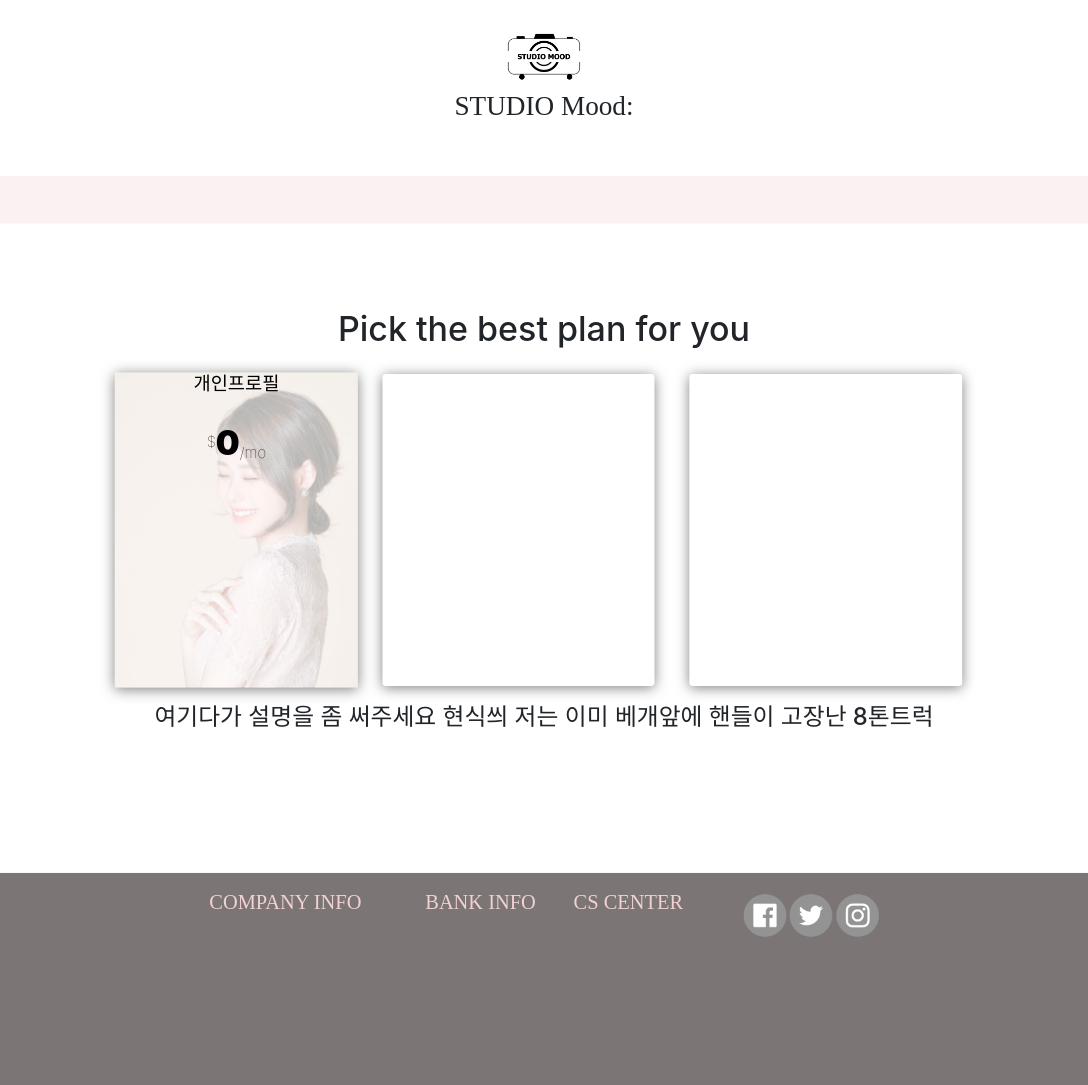
Repository: seugju/HSDsemi
Page: http://localhost/studioMood/views/product/product.jsp
These files come from the project's save history. The page is drawn as it stood at one moment and after the next save; the edit follows.
The browser window is 1280 px wide. The pictures show the whole page, at 85% of full size.
The pointer rests on the first visible `#indiv`.
Some web fonts or font styles are not loaded; a fallback is used. The page is served by Tomcat 9. Other server files are loaded and not shown.

Above is the page before, as saved 2020-12-02 16:06:45.

### project-workspace/studioMood/WebContent/views/product/product.jsp
<%@ page language="java" contentType="text/html; charset=UTF-8"
    pageEncoding="UTF-8"%>
<!DOCTYPE html PUBLIC "-//W3C//DTD HTML 4.01 Transitional//EN" "http://www.w3.org/TR/html4/loose.dtd">
<html>
<head>
<meta http-equiv="Content-Type" content="text/html; charset=UTF-8">
<title>Insert title here</title>
</head>
<style>
	@import url('https://fonts.googleapis.com/css?family=Open+Sans');

* {
	box-sizing: border-box;
}

body {
	background-color: #f6f5f7;
	font-family: 'Open Sans', sans-serif;
	margin-bottom: 50px;
}

.text-center {
	text-align: center;
}

.pricing-box-container {
	display: flex;
	align-items: center;
	justify-content: center;
	flex-wrap: wrap;
}

.pricing-box {
	background-color: #ffffff;
	box-shadow: 0px 2px 15px 0px rgba(0,0,0,0.5);
	border-radius: 4px;
	flex: 1;
	padding: 0 30px 30px;
	margin: 2%;
	min-width: 250px;
	max-width: 350px;
}

.pricing-box h5 {
	text-transform: uppercase;
}

.price {
	margin: 24px 0;
	font-size: 36px;
	font-weight: 900;
}

.price sub, .price sup {
	font-size: 16px;
	font-weight: 100;
}

.features-list {
	padding: 0;
	list-style-type: none;
}

.features-list li {
	font-weight: 100;
	padding: 12px 0;
	font-weight: 100;
}

.features-list li:not(:last-of-type) {
	border-bottom: 1px solid rgba(0, 0, 0, 0.1);
}

.btn-primary {
	border-radius: 25px;
	border: none;
	background-color: #EC1362;
	color: #ffffff;
	cursor: pointer;
	padding: 10px 15px;
	margin-top: 20px;
	text-transform: uppercase;
	transition: all 0.1s ease-in-out;
}

.btn-primary:hover {
	box-shadow: 0px 2px 15px 0px rgba(0,0,0,0.5);
	transform: translateY(-3px);
}

.pricing-box-bg-image {
	background-image: url('');
	background-size: cover;
	background-position: center center;
	color: #ffffff;
}

.pricing-box-bg-image .features-list li {
	border-bottom-color: rgba(255, 255, 255, 1);
}

.pricing-box-bg-image .btn-primary {
	background-color: #ffffff;
	color: #000;
}


.explain-product{
	width:100%;
	height:100px;
	text-align:center;
}
.explain-product h2{

}
.explain-content{
	width:80vw;
	height:auto;
	padding-top:100px;
	padding-bottom:100px;
	margin-top:100px;
	margin-bottom:100px;
	margin:0 auto;

}
.features-list:hover{
	 -webkit-transform: scale(1.02);
          transform: scale(1.02);
}
.pricing-box:hover{
	 -webkit-transform: scale(1.1);
          transform: scale(1.1);
}
.pricing-box{
	-webkit-transition: all 0.4s ease-in-out;
  transition: all 0.4s ease-in-out;

}
.pricing-box h5,p,ul{
	opacity:0;
}


#indiv{
padding:0px;
background-image: url('/img/indivisual.jpg');
	background-size: cover;
   background-position: center center;
}

#indiv:hover h5{
	opacity:1;
}
#indiv:hover p{
	opacity:1;
}
#indiv:hover strong{
	opacity:1;
}
.opacity-div{

	width:100%;
	height:337px;
	color: black;
}
#indiv:hover .opacity-div{
	background-color: rgba(255,255,255,0.7);
}
</style>
<body>
<%@ include file="/WEB-INF/views/common/header.jsp" %>
<div class="explain-content">
	<h1 class="text-center">Pick the best plan for you</h1>

<div class="pricing-box-container">
	<div id="indiv" class="pricing-box text-center">
	<div class="opacity-div">
		<h5>개인프로필</h5>
		<p class="price"><sup>$</sup>0<sub>/mo</sub></p>
		<ul class="features-list">
			<li><strong>1</strong> Project</li>
			<li><strong>5</strong> Team Members</li>
			<li><strong>50</strong> Personal Projects</li>
			<li><strong>5,000</strong> Messages</li>
		</ul>
		</div>
	</div>

	<div id="group" class="pricing-box text-center">
		<h5>단체프로필</h5>
		<p class="price"><sup>$</sup>0<sub>/mo</sub></p>
		<ul class="features-list">
			<li><strong>1</strong> Project</li>
			<li><strong>5</strong> Team Members</li>
			<li><strong>50</strong> Personal Projects</li>
			<li><strong>5,000</strong> Messages</li>
		</ul>

	</div>

	<div id="body" class="pricing-box text-center">
		<h5>바디프로필</h5>
		<p class="price"><sup>$</sup>89<sub>/mo</sub></p>
		<ul class="features-list">
			<li><strong>25</strong> Project</li>
			<li><strong>50</strong> Team Members</li>
			<li><strong>500</strong> Personal Projects</li>
			<li><strong>50,000</strong> Messages</li>
		</ul>

	</div>
	<div class="explain-product">
		<h3>여기다가 설명을 좀 써주세요 현식씌  저는 이미 베개앞에 핸들이 고장난 8톤트럭 </h3>
	</div>
</div>

</div>
<%@ include file="/WEB-INF/views/common/footer.jsp" %>
</body>

</html>

### project-workspace/studioMood/WebContent/WEB-INF/views/common/header.jsp
<%@page import="member.model.vo.Member"%>
<%@ page language="java" contentType="text/html; charset=UTF-8"
    pageEncoding="UTF-8"%>
    <%
    	Member m = (Member)session.getAttribute("loginMember");
    %>
<!DOCTYPE html PUBLIC "-//W3C//DTD HTML 4.01 Transitional//EN" "http://www.w3.org/TR/html4/loose.dtd">
<html>
<head>
<meta http-equiv="Content-Type" content="text/html; charset=UTF-8">
<title>Insert title here</title>

<script type="text/javascript" src="http://code.jquery.com/jquery-3.3.1.js"></script>
    <link rel="stylesheet" href="https://maxcdn.bootstrapcdn.com/bootstrap/4.5.2/css/bootstrap.min.css">
    <script src="https://ajax.googleapis.com/ajax/libs/jquery/3.5.1/jquery.min.js"></script>
    <script src="https://cdnjs.cloudflare.com/ajax/libs/popper.js/1.16.0/umd/popper.min.js"></script>
    <script src="https://maxcdn.bootstrapcdn.com/bootstrap/4.5.2/js/bootstrap.min.js"></script>

     <style>
    	 @font-face {
            font-family: 'S-CoreDream-4Regular';
            src: url('https://cdn.jsdelivr.net/gh/projectnoonnu/noonfonts_six@1.2/S-CoreDream-4Regular.woff') format('woff');
            font-weight: normal;
            font-style: normal;
        }

		@font-face {
		    font-family: 'Cafe24Danjunghae';
		    src: url('https://cdn.jsdelivr.net/gh/projectnoonnu/noonfonts_twelve@1.1/Cafe24Danjunghae.woff') format('woff');
		    font-weight: normal;
		    font-style: normal;
		}

		@font-face {
		    font-family: 'KCC-eunyoung';
		    src: url('https://cdn.jsdelivr.net/gh/projectnoonnu/noonfonts_one@1.0/KCC-eunyoung-Regular.woff') format('woff');
		    font-weight: normal;
		    font-style: normal;
		}
        header{
            width: 100vw;
            z-index: 0;
        }

        .navbar {
            display: block;
            background-color: #faf2f2;
            margin: 0 auto;
            z-index : 2;
        }

        .logo {
            margin: 0 auto;
            width: 500px;
            text-align: center;
        }
        .logo >h2{
         	font-family: 'Cafe24Danjunghae';
         }

        .logo>p{
        	 font-family: 'KCC-eunyoung';
        	 font-size: 20pt;
        }

        .navi-menu,
        .navi-menu-top {
            /* menu ul */
            list-style: none;
            text-align: center;

        }

        .navi-menu-top {
            float: right;
        }

        .navi-menu {
            margin: 0 auto;
            width: 680px;
            height: 40px;
        }

        .navi-menu>li {
            width: 125px;
            margin: 0 auto;
        }

        .navi-menu li>a {
            width: 100%;
            height: 30px;
            box-sizing: border-box;
            text-align: center;
            display: block;
            float: left;
        }
        .nav-link {
            color: #373a40;
            font-weight: bold;

        }
        .nav-link:hover{
        	color:#f1d1d1  ;
        }


        .navi-menu-top {
            display: inline-block;
        }

        .nav-top {
     	   	font-family: 'S-CoreDream-4Regular';
            width: 1200px;
            float: right;
            padding-right: 30px;
        }

        .navi-menu-top li {
            width: 80px;
            height: 30px;
            float: left;
        }

        .navi-menu-top li>a {
            width: 100%;
            height: 100%;
            display: inline-block;
            font-size: 9pt;
            line-height: 30px;
            color: #373a40;
        }
        .subMenu {
            margin-top: 10px;
            padding: 0;
            list-style-type: none;
            display :none;
             z-index : 1;
        }

		.subMenu>li {
            background-color: rgba(250,242,242,0.8);
        }

        .subMenu li>a {
            margin: 0;
            padding: 0;
            font-size: 10pt;
            display: inline-block;
            width: 125px;
            float: none;
            color: #373a40;

            /*transition-duration: 1s;*/
        }

        .subMenu>li:first-child>a {
            margin-top: 20px;
       	 }

           a{
		      text-decoration: none;
		      color:black;
		   }
		   a:hover{
		      text-decoration: none;
		      color:#e6d1d8;
		   }

        .subMenu{
            margin: 0;
            padding: 0;
            list-style-type: none;
            transition-duration: 2s;
        }
        .subMenu li>a{
            margin: 0;
            padding: 0;
            display: inline-block;
            width: 125px;
            float: none;
        }
        .subMenu>li:first-child>a {
            margin-top: 30px;
        }
        .subMenu li>a:hover {
       		color:#968c83;
           font-weight: bold;
        }

    </style>

        <script>
         $(document).ready(function() {
            var subMenu = $(".subMenu");
            subMenu.hide();
            var navMenu = $(".navi-menu>li>a");
            var idx = navMenu.index();

             $(".navi-menu>li>a").click(function() {
                $(this).next().stop().slideToggle(300);
            });


        });


    </script>
</head>
<body>

     <div class="nav-top">
     <%if(m != null) { //로그인 된 상태%>
     	<ul class="navbar-nav navi-menu-top" id="login-nav">
            <li>
                <a class="nav-top-link" href="/logout">로그아웃</a>
            </li>
            <li>
            <%if(m.getMemberLevel() == 0) {%>
                <a class="nav-top-link" href="/adminPage">관리자페이지</a>
            <%}else{ %>
                <a class="nav-top-link" href="/myPage?memberId=<%=m.getMemberId()%>">마이페이지</a>
            <%} %>
            </li>
        </ul>
     <%}else { %>
     	<ul class="navbar-nav navi-menu-top" id="logout-nav">
            <li>
                <a class="nav-top-link" href="/views/member/login.jsp">로그인</a>
            </li>
            <li>
                <a class="nav-top-link" href="/views/member/join.jsp">회원가입</a>
            </li>
        </ul>
     <%} %>
    </div>

    <div class="container-fluid">
        <br>
        <div class="logo">
            <img src="/img/logo.png" width="100px;" onclick="location.href = '/'">
            <h2>STUDIO Mood:</h2>
            <p>감성을 담는 사진관 </p>
        </div>
    </div>

   <nav class="navbar navbar-expand-sm sticky-top">
        <ul class="navbar-nav navi-menu">
            <li class="nav-item">
                <a class="nav-link" href="#">about</a>

                <ul class="subMenu">
                    <li><a class="nav-link sub-nav-item" href="/about">studio 'mood'</a></li>

                </ul>
            </li>
            <li class="nav-item">
                <a class="nav-link" href="/views/product/product.jsp">product</a>
            </li>
            <li class="nav-item">
                <a class="nav-link" href="#">gallery</a>
                <ul class="subMenu">
                    <li><a class="nav-link sub-nav-item" href="#">개인프로필</a></li>
                    <li><a class="nav-link sub-nav-item" href="#">바디프로필</a></li>
                    <li><a class="nav-link sub-nav-item" href="#">단체프로필</a></li>
                </ul>
            </li>
            <li class="nav-item">
                <a class="nav-link" href="#">reservation</a>
                <ul class="subMenu">
                    <li><a class="nav-link sub-nav-item" href="/test">예약</a></li>
                    <li><a class="nav-link sub-nav-item" href="/searchReserve">예약확인</a></li>
                </ul>
            </li>
            <li class="nav-item">
                <a class="nav-link" href="#">board</a>
                <ul class="subMenu">
                    <li><a class="nav-link sub-nav-item" href="/noticeList?reqPage=1">공지사항</a></li>
                    <li><a class="nav-link sub-nav-item" href="/qnaList?reqPage=1">QnA</a></li>
                    <li><a class="nav-link sub-nav-item" href="/postList?reqPage=1">후기</a></li>
                    <li><a class="nav-link sub-nav-item" href="/faqList?reqPage=1">FAQ</a></li>
                </ul>
            </li>
        </ul>
    </nav>


</body>
</html>

### project-workspace/studioMood/WebContent/WEB-INF/views/common/footer.jsp
<%@ page language="java" contentType="text/html; charset=UTF-8"
    pageEncoding="UTF-8"%>
<!DOCTYPE html PUBLIC "-//W3C//DTD HTML 4.01 Transitional//EN" "http://www.w3.org/TR/html4/loose.dtd">
<html>
<head>
<meta http-equiv="Content-Type" content="text/html; charset=UTF-8">
<title>Insert title here</title>

<style>
		 @font-face {
            font-family: 'S-CoreDream-4Regular';
            src: url('https://cdn.jsdelivr.net/gh/projectnoonnu/noonfonts_six@1.2/S-CoreDream-4Regular.woff') format('woff');
            font-weight: normal;
            font-style: normal;
        }

        @font-face {
            font-family: 'S-CoreDream-5Medium';
            src: url('https://cdn.jsdelivr.net/gh/projectnoonnu/noonfonts_six@1.2/S-CoreDream-5Medium.woff') format('woff');
            font-weight: normal;
            font-style: normal;
        }
        .footer{
            background-color: rgb(124, 117, 117);
            text-align: center;

            height: 250px;
            margin: 0;
            padding: 0;
            z-index: 0;
        }
        .footerBox{
            margin: 20px;
            text-align: left;
            display: inline-block
        }
        .footerBox >h2{
       		font-family: 'S-CoreDream-5Medium';
            color: rgb(241, 209, 209);
            font-size: 18pt;
        }
        .footerBox>p{
        	font-family: 'S-CoreDream-4Regular';
        	font-size: 9pt;
            color: rgb(241, 238, 238);
        }
        .footer-top,
        .footer-bottom{
        	margin : 0 auto;
            width: 1198px;
        }
        .footer-bottom>p{
          color: rgba(241, 238, 238, 0.8);
          font-size: 10pt;
        }
        .icon{

        }
        .icon>img{

            width: 50px;
        }
    </style>
</head>
<body>
 <footer>
       <div class="footer">
           <div class="footer-top">
                <div class="footerBox company-info" width:310px;>
                <h2>COMPANY INFO</h2>
                <p>
                    Company : 스튜디오무드 <br>
                    Business-License : 888-999-33333<br>
                    Tel: 02-3333-5555<br>
                    Email : mood_studio@gmail.com<br>
                    Addr : 서울특별시 강남구 사진관로 34번길<br>
                </p>
            </div>
            <div class="footerBox bank-info" width:180px;>
                <h2>BANK INFO</h2>
                <p>
                    농협 : 333-8888-5555-44 <br>
                    국민 : 888999-01-33333<br><br>
                    예금주: 스튜디오 분위기<br><br>

                </p>
            </div>
            <div class="footerBox cs" width:230px;>
                <h2>CS CENTER</h2>
                <p>
                    tel : 010-2222-5555 <br>
                    mail : mood_studio@gmail.com<br><br><br><br>
                </p>
            </div>
           <div class="footerBox icon" width:130px;>
               <img src="/img/Facebook_1.png">
               <img src="/img/Twitter_1.png">
               <img src="/img/Instagram_1.png">
               <p><br><br><br><br></p>
           </div>
           </div>

            <div class="footer-bottom">
                <p>Copyright &copy; 2020 by Studiomood All Right Reserved</p>
            </div>

       </div>

   </footer>

</body>
</html>

After the next save:
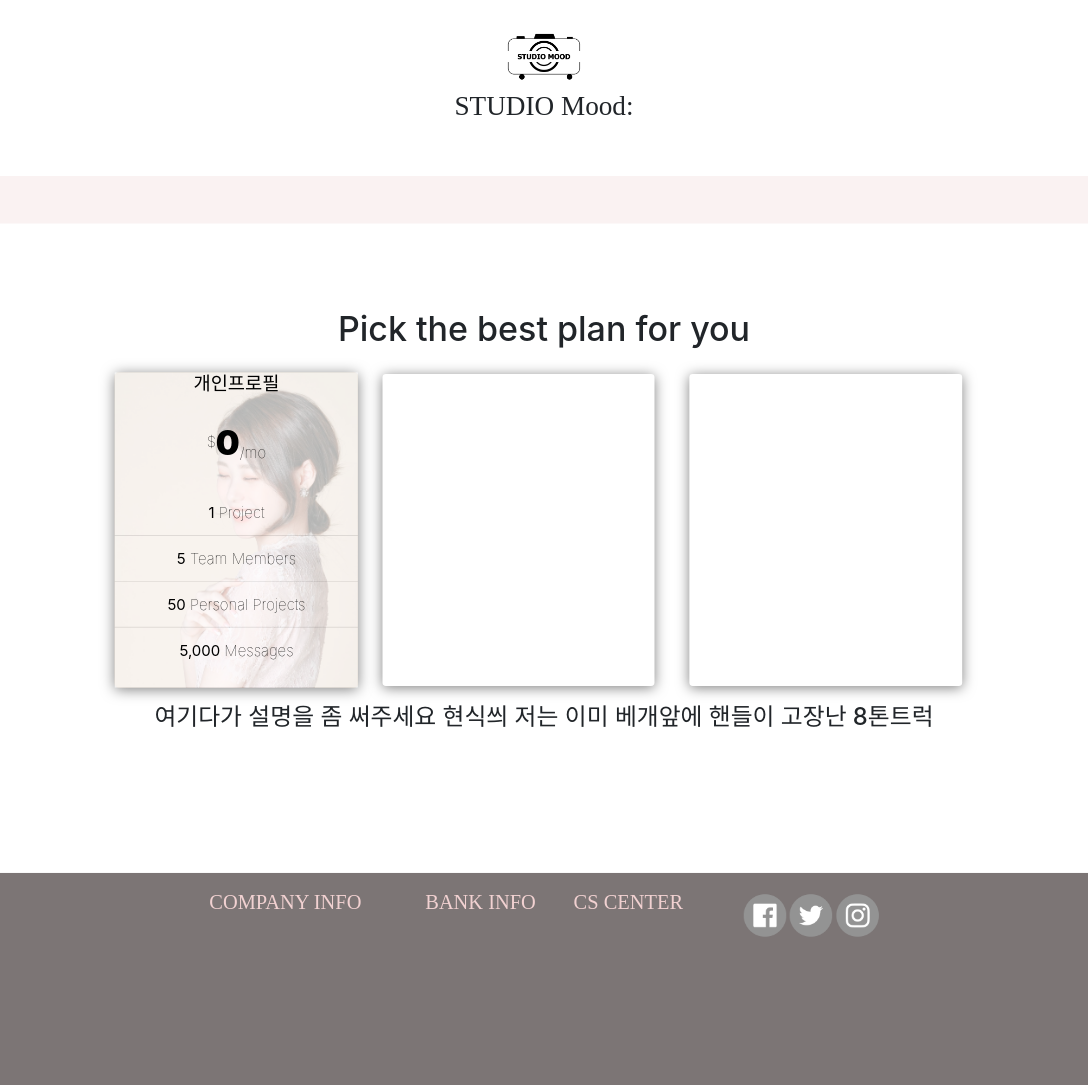
Saved 16 s later.
--- a/project-workspace/studioMood/WebContent/views/product/product.jsp
+++ b/project-workspace/studioMood/WebContent/views/product/product.jsp
@@ -154,7 +154,7 @@ background-image: url('/img/indivisual.jpg');
 #indiv:hover p{
 	opacity:1;
 }
-#indiv:hover strong{
+#indiv:hover ul{
 	opacity:1;
 }
 .opacity-div{
